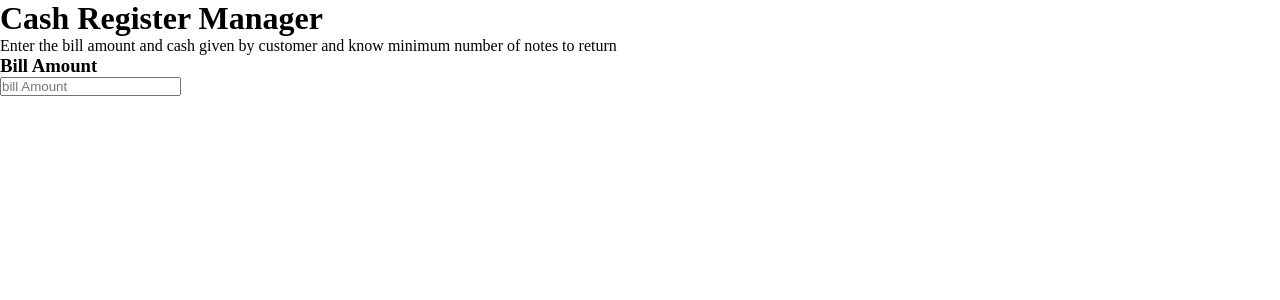
Repository: patelamancode/Cash-register-manager-app
Page: index.html
The author's editor kept a copy of each file at every save. The page is drawn from the files as they stood at one save, then again after the next save.
The browser window is 1280 px wide. The pictures show the whole page.

Above is the page before, as saved 2022-11-16 15:33:27.

After the next save:
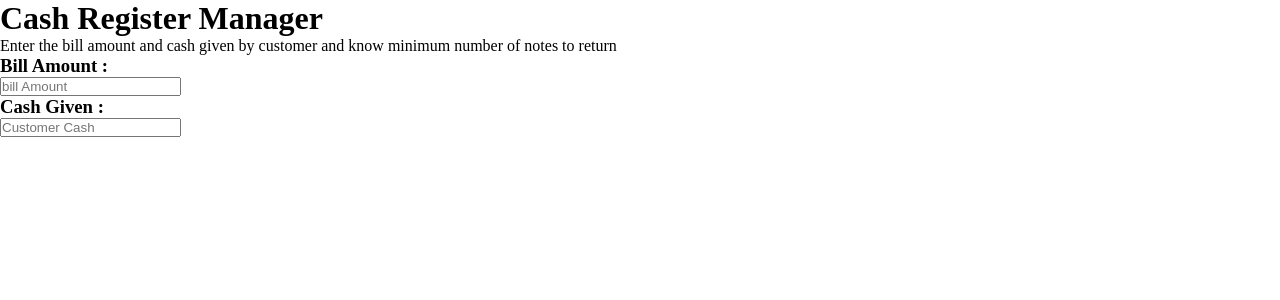
Saved 83 s later.
--- a/index.html
+++ b/index.html
@@ -18,11 +18,15 @@
         </p>
         </div>
         <div class="sub-container">
-            <h3>Bill Amount</h3>
+            <h3>Bill Amount :</h3>
+            <input type="number" placeholder="bill Amount">
+        </div>
+        <div class="sub-container">
+            <h3>Cash Given :</h3>
+            <input type="number" placeholder="Customer Cash">
         </div>
 
 
-        <input type="number" placeholder="bill Amount">
     </div>
 
 
